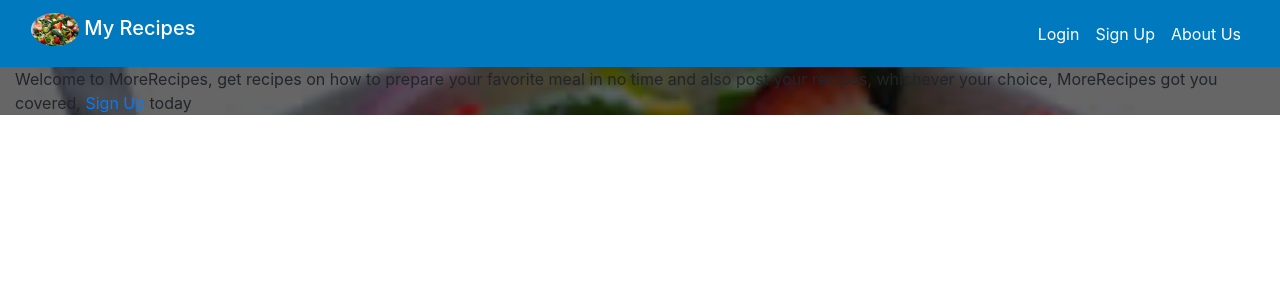
Repository: UggoPrince/more-recipes
Page: html/index.html
The author's editor kept a copy of each file at every save. The page is drawn from the files as they stood at one save, then again after the next save.
The browser window is 1280 px wide. The pictures show the whole page.

Above is the page before, as saved 2018-07-30 06:42:45.

### html/index.html
<html lang="en">
<head>
  <meta charset="UTF-8">
  <meta name="viewport" content="width=device-width, initial-scale=1.0">
  <meta http-equiv="X-UA-Compatible" content="ie=edge">
  <link rel="stylesheet" href="https://maxcdn.bootstrapcdn.com/bootstrap/4.0.0/css/bootstrap.min.css" integrity="sha384-Gn5384xqQ1aoWXA+058RXPxPg6fy4IWvTNh0E263XmFcJlSAwiGgFAW/dAiS6JXm" crossorigin="anonymous"/>
  <style>
    main {
      background-color: rgba(0, 0, 3, 0.6);
    }
    div#content {
      background-size: 100vw;
      background-repeat: no-repeat;
      background-image: url(../img/nav-image.jpg);
      background-size: 100vw;
      background-repeat: no-repeat;
    }
    nav {
      background-color: #0079be;
      color: white;
    }
    .nav-link {
      color: white;
    }
  </style>
  <title>My Recipes Homepage</title>
</head>
<body>
  <nav class="xnav navbar navbar-expand-lg">
    <div class="container-fluid">
      <h3 style="color: white;" class="navbar-brand">
        <img class="rounded-circle" src="../img/nav-image.jpg" style="width: 48px;" alt="logo"/>
        My Recipes
      </h3>
      <button class="navbar-toggler" type="button" data-toggle="collapse" aria-controls="navDropdown" aria-expanded="false" aria-label="Toggle Navigation" data-target="#navDropdown" >
        <span class="navbar-toggler-icon"></span>
      </button>
      <div class="collapse navbar-collapse justify-content-end brand-anchor" id="navDropdown">
        <ul class="navbar-nav">
          <li class="nav-item">
            <a class="nav-link" href="login.html">Login</a>
          </li>
          <li class="nav-item">
            <a class="nav-link" href="signup.html">Sign Up</a>
          </li>
          <li class="nav-item">
            <a class="nav-link" href="about.html">About Us</a>
          </li>
        </ul>
      </div>
    </div>
  </nav>
  <div id="content">
  <main class="container-fluid">
    <div>
        Welcome to MoreRecipes, get recipes on how to prepare your favorite meal in no time and also post your recipes, whichever your choice, MoreRecipes got you covered, <a href="signup.html">Sign Up</a> today
    </div>

  </main>
  </div>
</body>
</html>

After the next save:
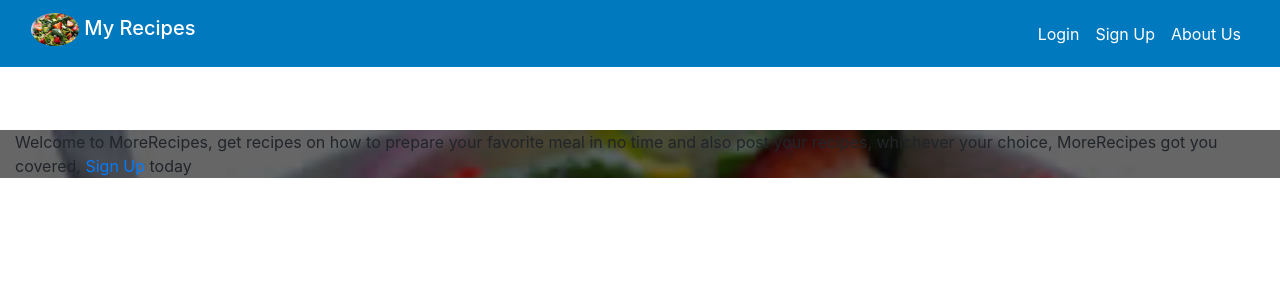
Saved 16 s later.
--- a/html/index.html
+++ b/html/index.html
@@ -52,7 +52,7 @@
   </nav>
   <div id="content">
   <main class="container-fluid">
-    <div>
+    <div style="margin-top: 5%">
         Welcome to MoreRecipes, get recipes on how to prepare your favorite meal in no time and also post your recipes, whichever your choice, MoreRecipes got you covered, <a href="signup.html">Sign Up</a> today
     </div>
 
